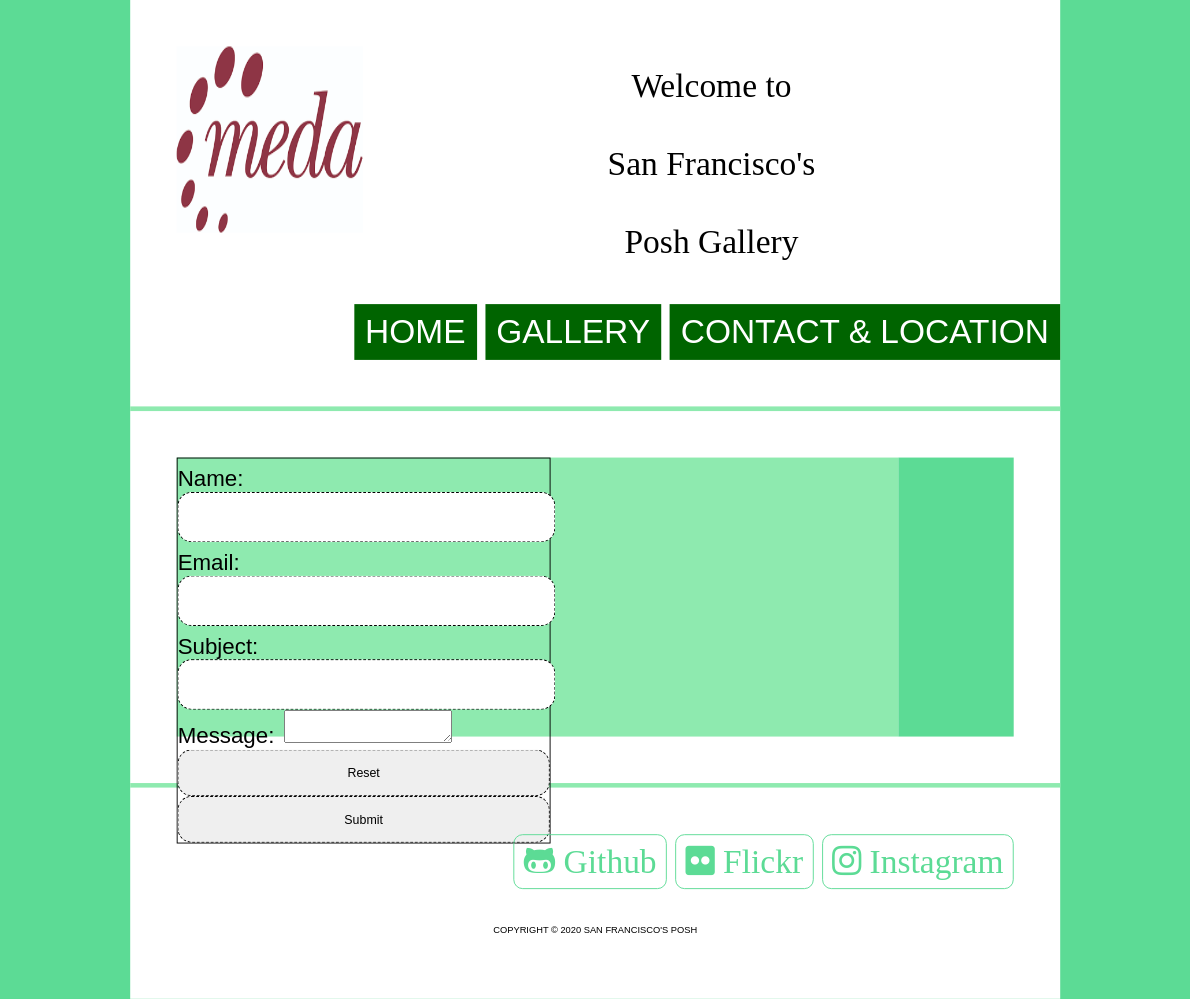
Repository: seleniadelgado/meda-spring2020-angie
Page: practice/html/week_4/multipage-css/contact.html
The author's editor kept a copy of each file at every save. The page is drawn from the files as they stood at one save, then again after the next save.
The browser window is 1280 px wide. The pictures show the whole page, at 93% of full size.

Above is the page before, as saved 2020-02-13 10:52:33.

After the next save:
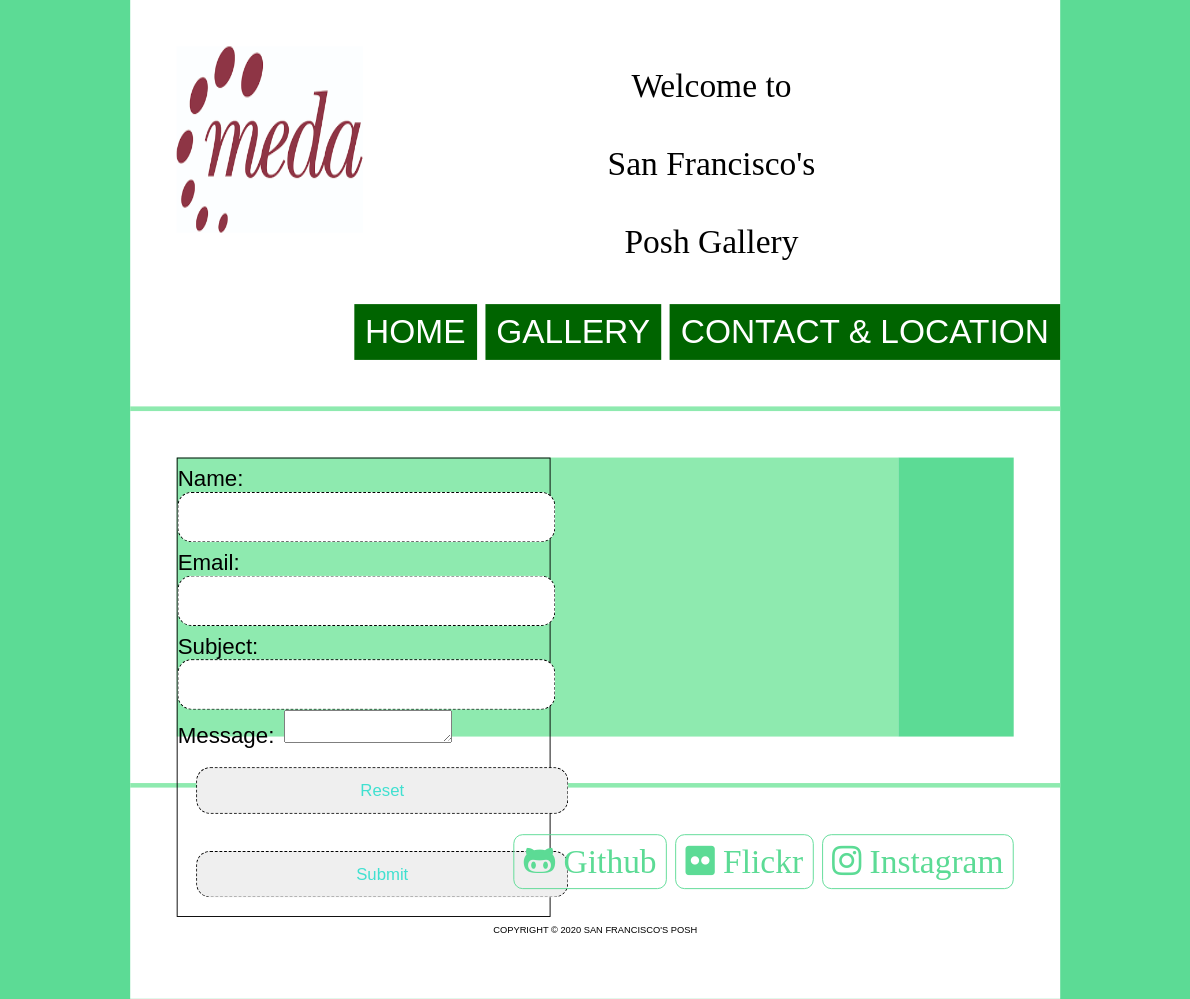
Saved 35 s later.
--- a/practice/html/week_4/multipage-css/contact.html
+++ b/practice/html/week_4/multipage-css/contact.html
@@ -43,8 +43,8 @@
                     <label for="message">Message:</label>
                     <textarea id="message"></textarea>
                     <br>
-                    <input type="reset">
-                    <input type="submit">
+                    <input class="form-buttons" type="reset">
+                    <input class="form-buttons" type="submit">
                 </form>
             </div>
             <!--div:last-child selects the following:-->
